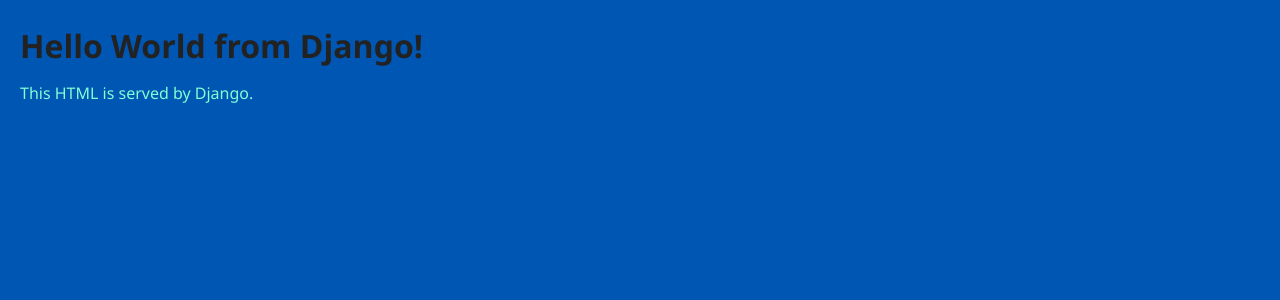
Repository: flyWithWater/MSE-800-PSE2507
Page: http://localhost/polls/
An editor plug-in stored every save of this project. The page is shown before and after the next save, followed by the edit.
The browser window is 1280 px wide. The pictures show the whole page.
The page is served by the project's application, run on Django 5.2 (week_12/Django/manage.py).

Above is the page before, as saved 2025-10-19 12:40:08.

After the next save:
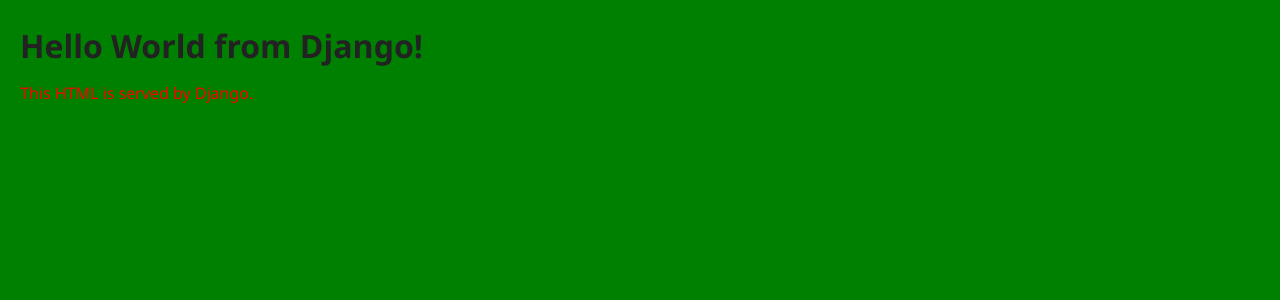
Saved 21 h 58 min later.
--- a/week_12/Django/polls/static/style.css
+++ b/week_12/Django/polls/static/style.css
@@ -20,7 +20,7 @@
 
 body {
     font-family: 'Segoe UI', Arial, sans-serif;
-    background-color: #0056b3;   /* light gray background */
+    background-color: green;   /* light gray background */
     color: #666;                 /* text color */
     line-height: 1.6;
     padding: 20px;
@@ -34,7 +34,7 @@
 
 p {
     margin-bottom: 1em;
-    color: aquamarine;
+    color: red;
 }
 
 /* -------- 4. Links -------- */
